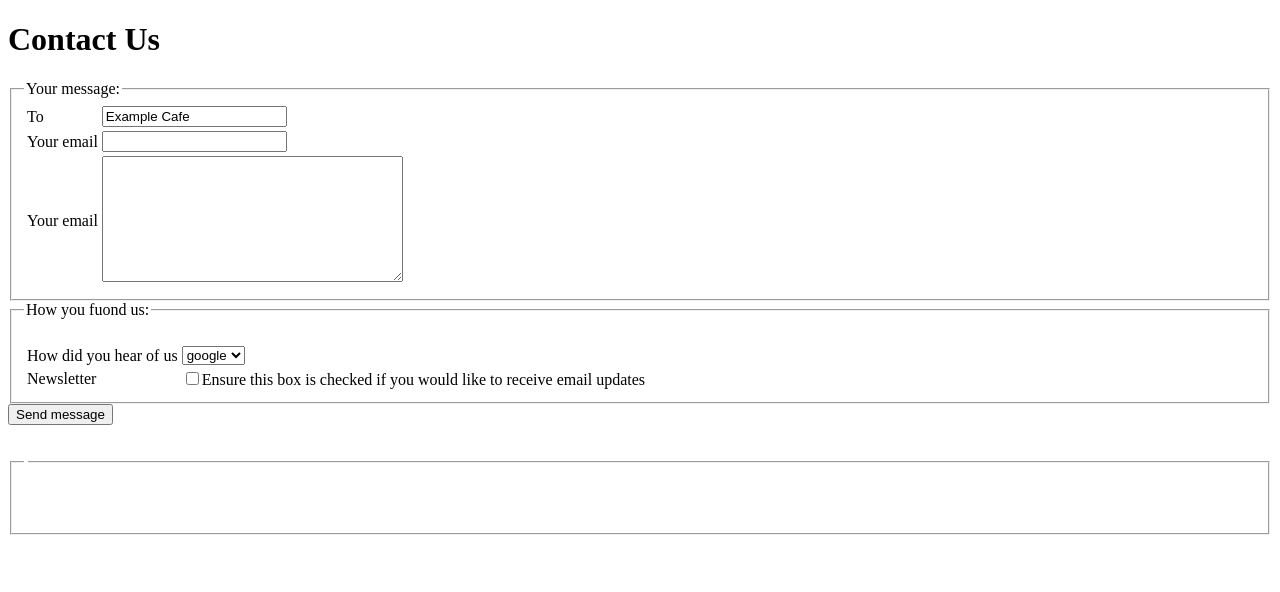
Repository: PhamChiXuan1/HTCNW_tuan3_DHCNTT16C_PhamChiXuan_20030131
Page: bt15.html
These files come from the project's save history. The page is drawn as it stood at one moment and after the next save; the edit follows.
The browser window is 1280 px wide. The pictures show the whole page.

Above is the page before, as saved 2022-02-28 12:11:41.

After the next save:
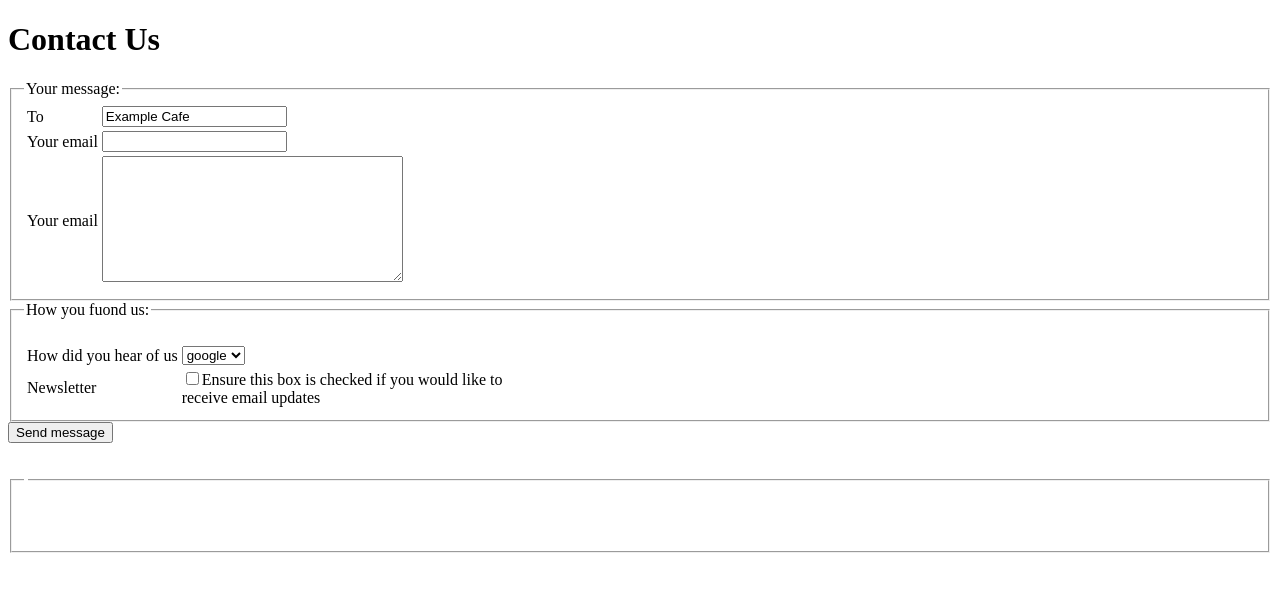
Saved 23 s later.
--- a/bt15.html
+++ b/bt15.html
@@ -41,7 +41,7 @@
             <tr>
                 <td>Newsletter</td>
                 <td>
-                    <input type="checkbox" value="Checkbox">Ensure this box is checked if you would like to receive email updates
+                    <input type="checkbox" value="Checkbox">Ensure this box is checked if you would like to <br>receive email updates
                 </td>
             </tr>
         </table>
